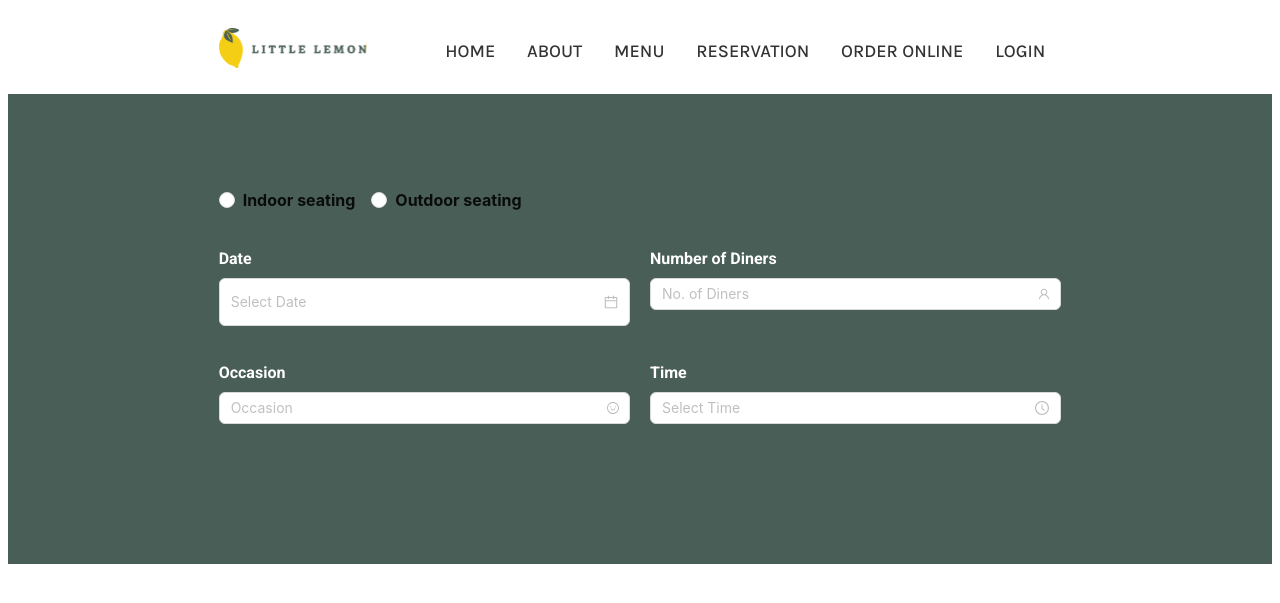
Repository: Yeshwanth-189/little-lemon
Page: /reservation (app in little-lemon/)
The author's editor kept a copy of each file at every save. The page is drawn from the files as they stood at one save, then again after the next save.
The browser window is 1280 px wide. The pictures show the whole page.
The project was rebuilt for these pictures with package versions that can differ from the ones it lists, and the page was loaded fresh each time. Also part of the build but not shown: little-lemon/src/index.css, little-lemon/src/components/Hero/Hero.css, little-lemon/src/components/Hero/Hero.jsx, little-lemon/src/components/Specials/Specials.css, little-lemon/src/components/Specials/Specials.jsx, little-lemon/src/components/Testimonials/Testimonials.css, little-lemon/src/components/Testimonials/Testimonials.jsx, little-lemon/src/components/About/About.css and 3 more.

Above is the page before, as saved 2025-04-26 22:35:36.

After the next save:
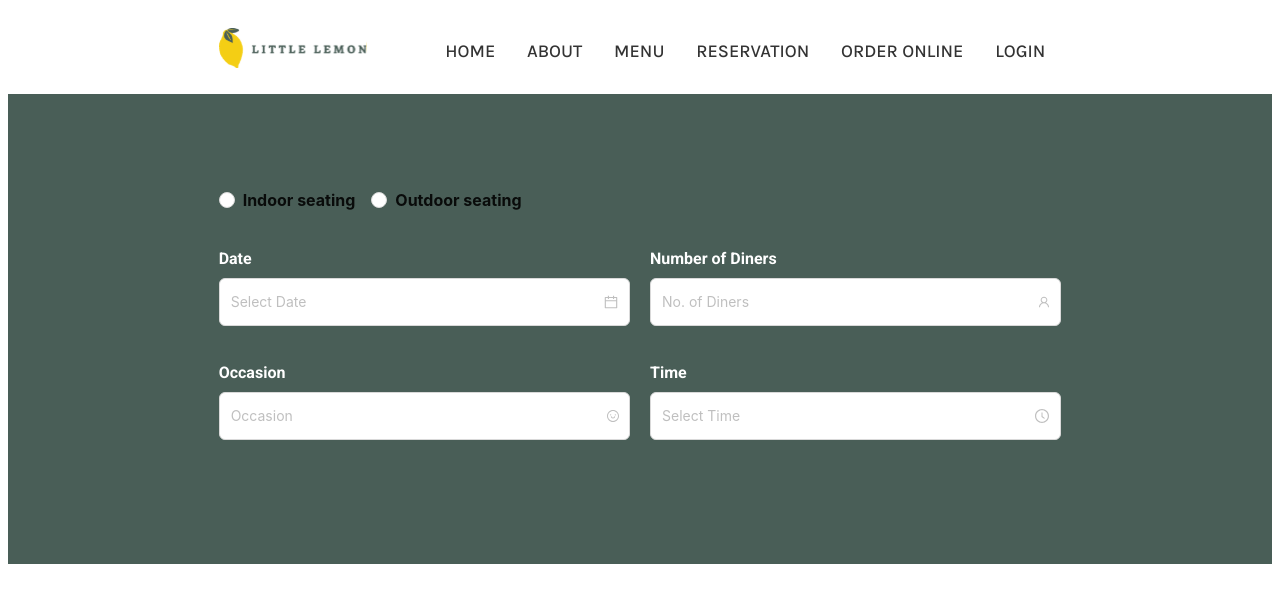
Saved 20 s later.
--- a/little-lemon/src/components/Reservation/Reservation.jsx
+++ b/little-lemon/src/components/Reservation/Reservation.jsx
@@ -43,7 +43,7 @@ function Reservation() {
             <Select
               placeholder="No. of Diners"
               suffixIcon={<UserOutlined />}
-              style={{ width: "100%" }}
+              style={{ width: "100%", height: "3rem" }}
             >
               <Option value="1">2</Option>
               <Option value="2">4</Option>
@@ -60,7 +60,7 @@ function Reservation() {
             <Select
               placeholder="Occasion"
               suffixIcon={<SmileOutlined />}
-              style={{ width: "100%" }}
+              style={{ width: "100%", height: "3rem" }}
             >
               <Option value="birthday">Birthday</Option>
               <Option value="anniversary">Anniversary</Option>
@@ -71,7 +71,7 @@ function Reservation() {
             <label>Time</label>
             <TimePicker
               suffixIcon={<ClockCircleOutlined />}
-              style={{ width: "100%" }}
+              style={{ width: "100%", height: "3rem" }}
               use12Hours
               format="h:mm A"
               placeholder="Select Time"
